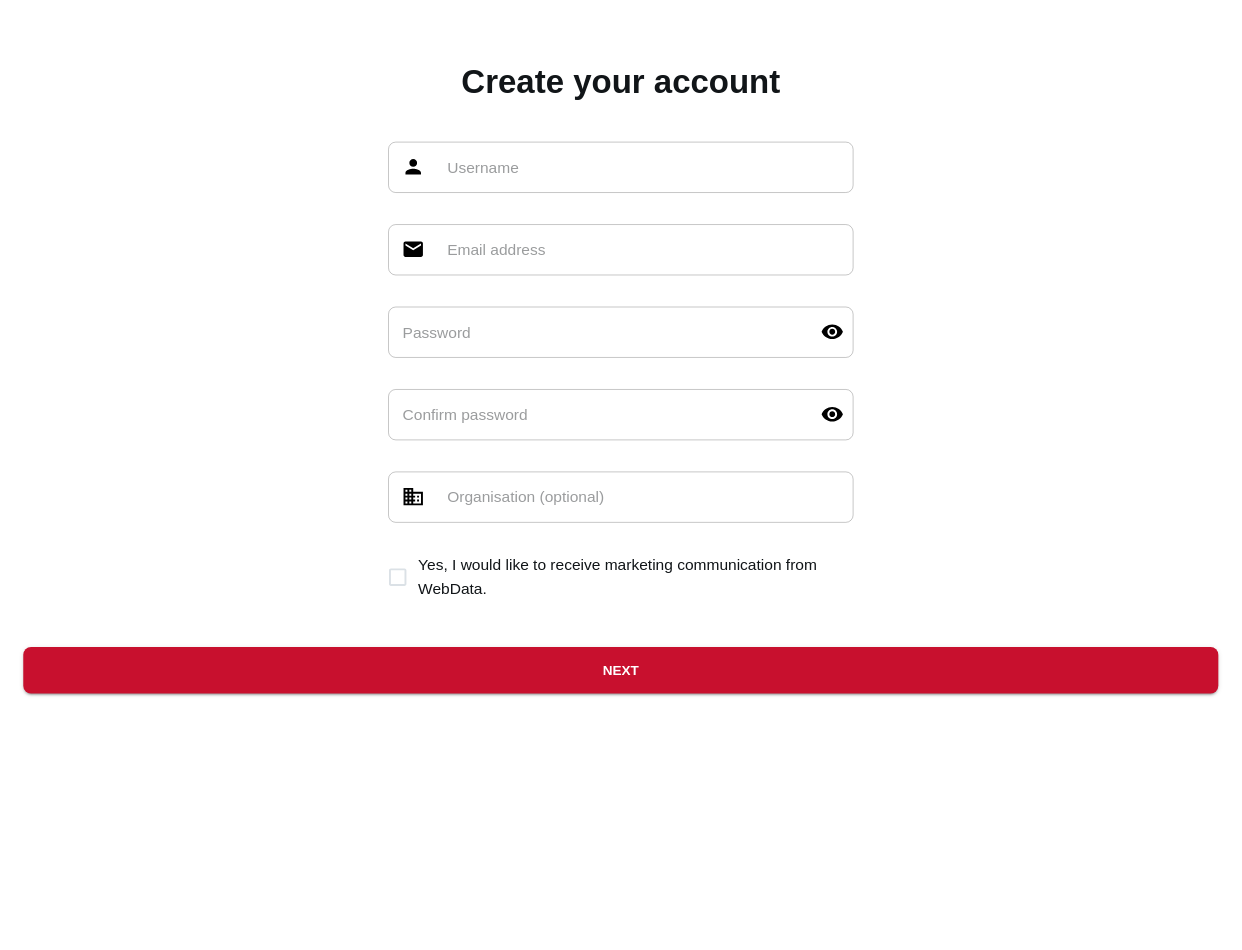
Repository: Pascal-Ahmadu/Tender-download-system
Page: /register (app in frontend/)
An editor plug-in stored every save of this project. The page is shown before and after the next save, followed by the edit.
The browser window is 1280 px wide. The pictures show the whole page, at 97% of full size.
The page's requests for data from a server got no answer. Some web fonts or font styles are not loaded; a fallback is used. The project was rebuilt for these pictures with package versions that can differ from the ones it lists, and the page was loaded fresh each time. No one was signed in, and anything a server would have sent is missing. Also part of the build but not shown: frontend/vite.config.js, frontend/src/components/pages/LoginPage.jsx.

Above is the page before, as saved 2024-07-31 08:40:19.

After the next save:
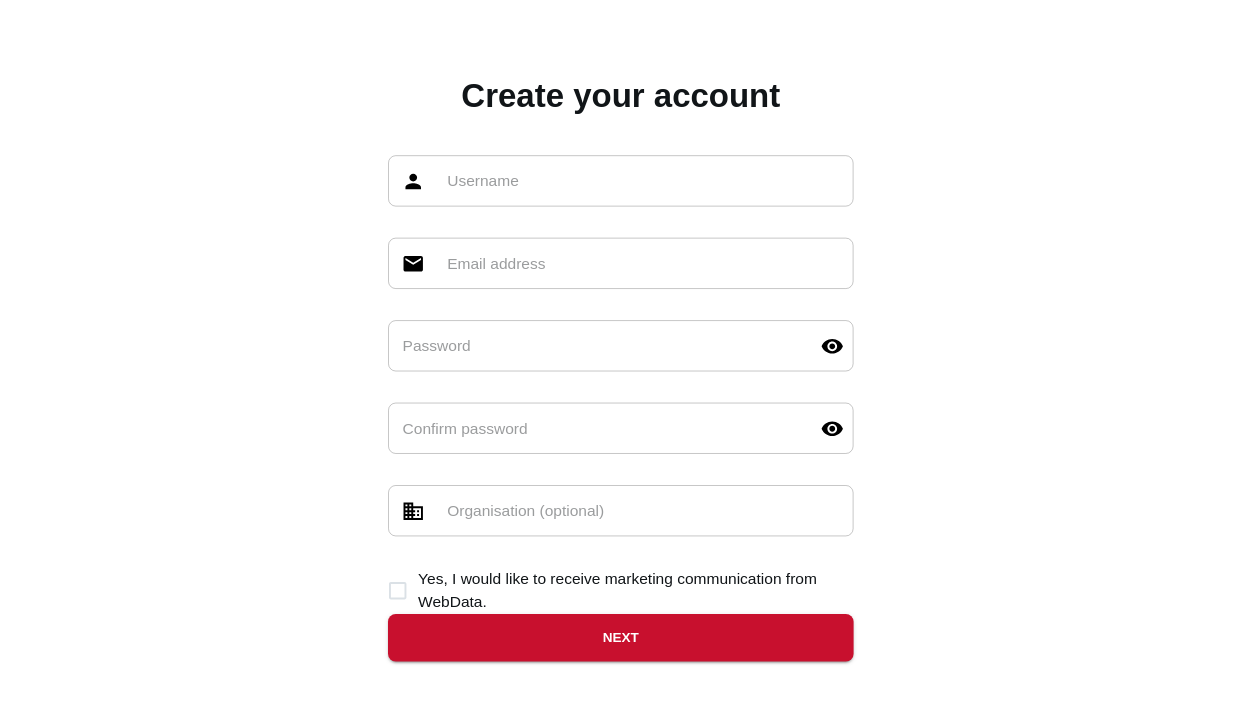
Saved 5 min 39 s later.
--- a/frontend/src/components/pages/RegistrationPage.jsx
+++ b/frontend/src/components/pages/RegistrationPage.jsx
@@ -352,36 +352,25 @@ function SignupForm() {
             label="Yes, I would like to receive marketing communication from WebData."
             sx={{ color: "#111518", mt: 2 }}
           />
+          <Button
+            variant="contained"
+            fullWidth // Make the button span the width of its container
+            sx={{
+              bgcolor: "#c8102e", // Button color
+              color: "white",
+              fontWeight: "bold",
+              borderRadius: 2,
+              py: 1.5, // Adjust vertical padding for height
+              width: "100%", // Ensure button width is 100% of container width
+              boxSizing: "border-box", // Ensure padding is included in width
+              "&:hover": {
+                bgcolor: "#a50f1d", // Slightly darker on hover
+              },
+            }}
+          >
+            Next
+          </Button>
         </Box>
-      </Box>
-      <Box
-        component="footer"
-        sx={{
-          display: "flex",
-          justifyContent: "center",
-          px: 2,
-          py: 2,
-        }}
-      >
-        <Button
-          variant="contained"
-          fullWidth // Make the button span the width of its container
-          sx={{
-            bgcolor: "#c8102e", // Button color
-            color: "white",
-            fontWeight: "bold",
-            borderRadius: 2,
-            py: 1.5, // Adjust vertical padding for height
-            mb: 30,
-            // Ensure button width is 100% of container width
-            boxSizing: "border-box", // Ensure padding is included in width
-            "&:hover": {
-              bgcolor: "#a50f1d", // Slightly darker on hover
-            },
-          }}
-        >
-          Next
-        </Button>
       </Box>
     </Box>
   );
